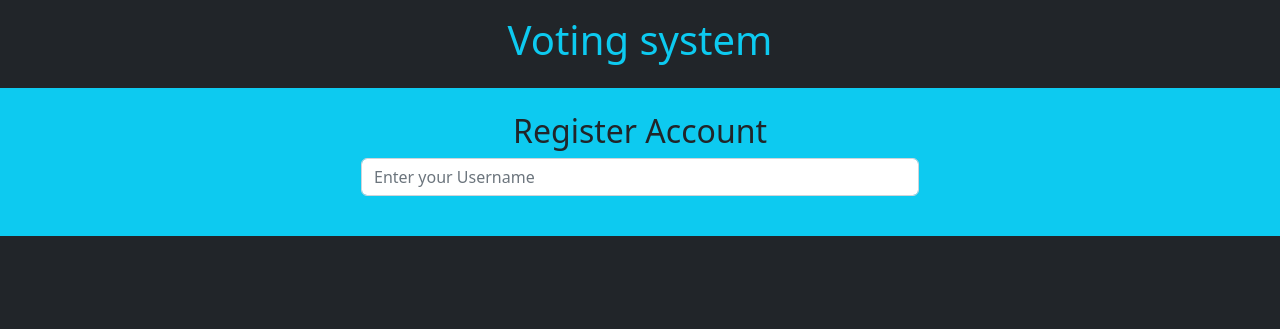
Repository: AvinashLikesToLearnNewStuff/VotingSite
Page: http://localhost/partials/registration.php
These files come from the project's save history. The page is drawn as it stood at one moment and after the next save; the edit follows.
The browser window is 1280 px wide. The pictures show the whole page.
The page is run by PHP 8.4 with error messages shown; the project is at /var/www/html/.

Above is the page before, as saved 2023-03-09 10:24:43.

### partials/registration.php
<!DOCTYPE html>
<html lang="en">
<head>
    <meta charset="UTF-8">
    <meta http-equiv="X-UA-Compatible" content="IE=edge">
    <meta name="viewport" content="width=device-width, initial-scale=1.0">
    <title>Voting System Registration Page</title>
        <!-- bootstrap css link -->
     <link href="https://cdn.jsdelivr.net/npm/bootstrap@5.2.3/dist/css/bootstrap.min.css" rel="stylesheet" integrity="sha384-rbsA2VBKQhggwzxH7pPCaAqO46MgnOM80zW1RWuH61DGLwZJEdK2Kadq2F9CUG65" crossorigin="anonymous">
</head>
<body class="bg-dark">
    <h1 class="text-center text-info p-3">Voting system</h1>
    <div class="bg-info py-4">
        <h2 class="text-center">Register Account</h2>
        <div class="container">
            <form action="">
                <div class="mb-3">
                    <input type="text" class="form-control w-50 m-auto" placeholder="Enter your Username" required="required">
                </div>
            </form>
        </div>
    </div>


</body>
</html>

After the next save:
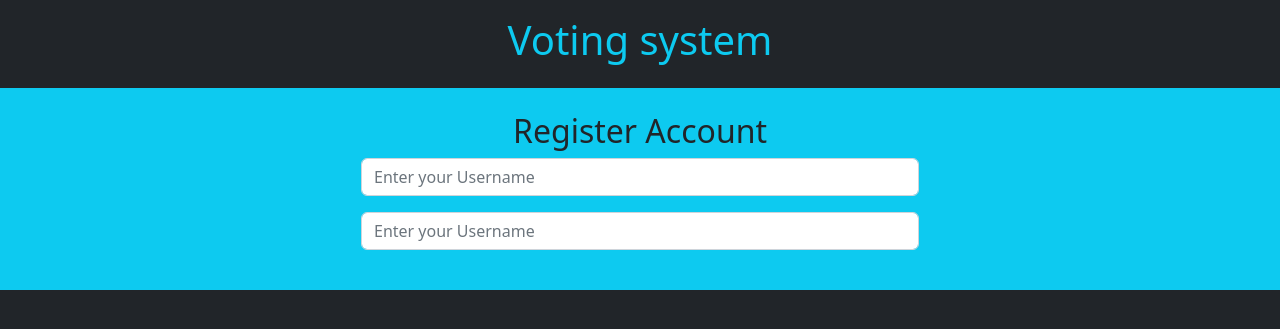
Saved 49 s later.
--- a/partials/registration.php
+++ b/partials/registration.php
@@ -17,8 +17,14 @@
                 <div class="mb-3">
                     <input type="text" class="form-control w-50 m-auto" placeholder="Enter your Username" required="required">
                 </div>
+
+                <div class="mb-3">
+                    <input type="text" class="form-control w-50 m-auto" placeholder="Enter your Username" required="required">
+                </div>
+
             </form>
         </div>
+
     </div>
 
 
